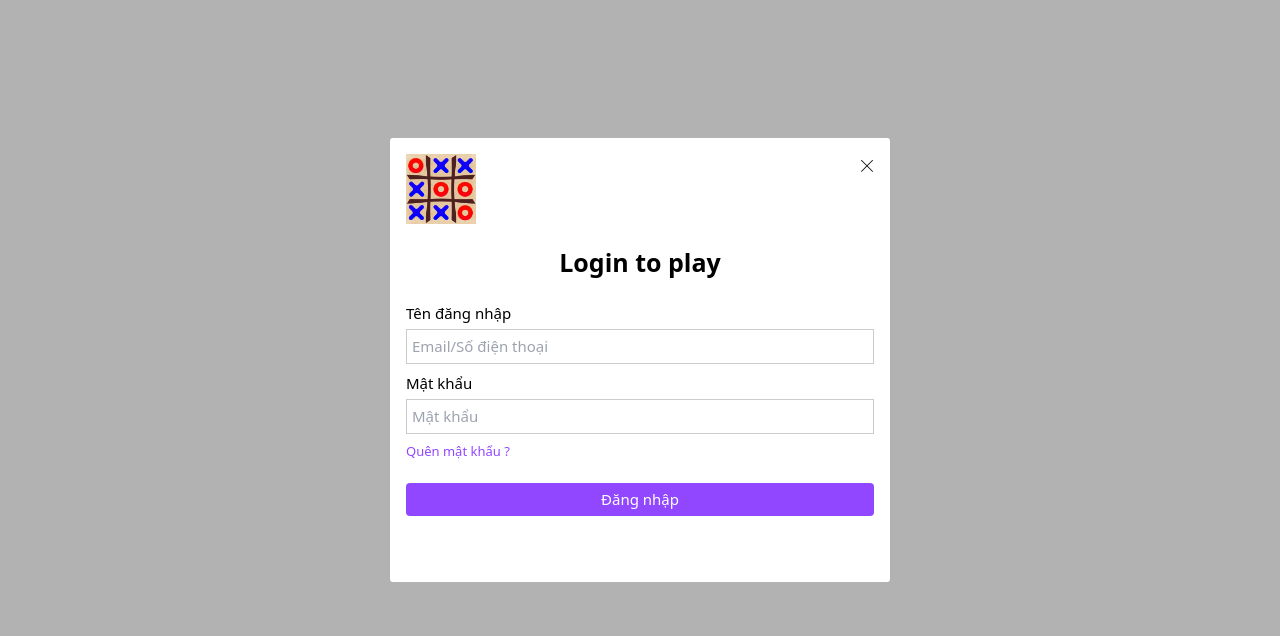
Repository: Teddy1705/demo_pj
Page: /
An editor plug-in stored every save of this project. The page is shown before and after the next save, followed by the edit.
The browser window is 1280 px wide. The pictures show the whole page.
The project was rebuilt for these pictures with package versions that can differ from the ones it lists, and the page was loaded fresh each time. Also part of the build but not shown: vite.config.js.

Above is the page before, as saved 2024-04-16 11:13:19.

After the next save:
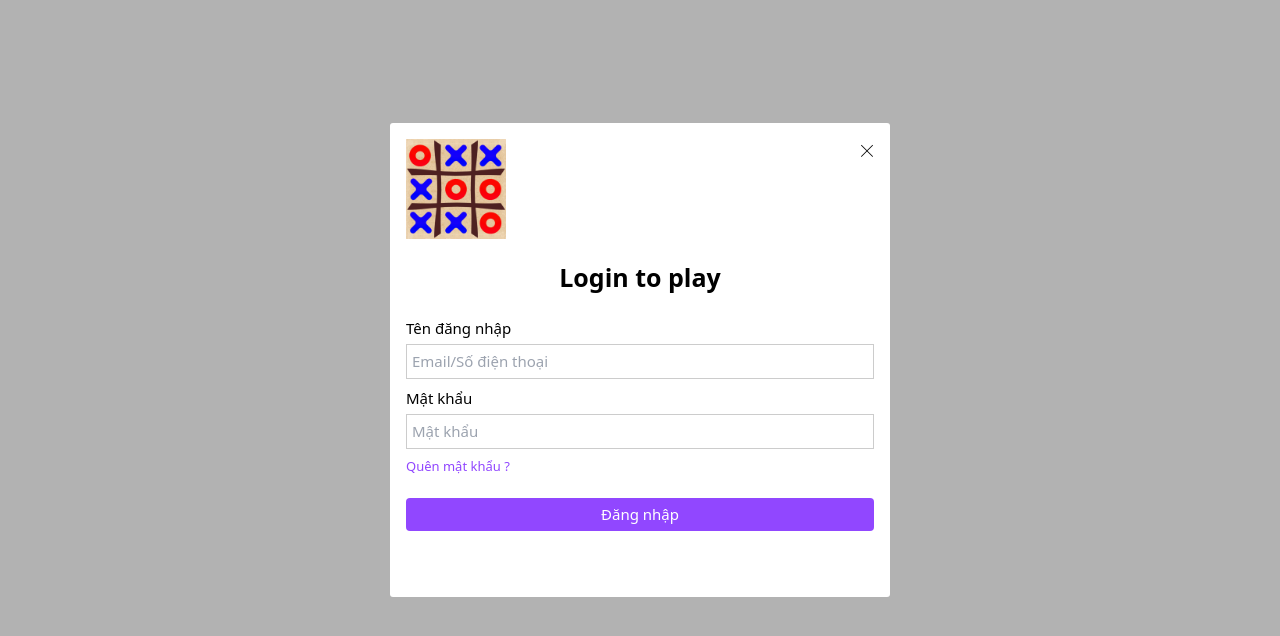
Saved 23 s later.
--- a/src/index.css
+++ b/src/index.css
@@ -592,7 +592,7 @@
   display: flex;
   align-items: center;
   justify-content: center;
-  width: 70px;
+  width: 100px;
 }
 
 .auth-form__heading {

After the save that followed:
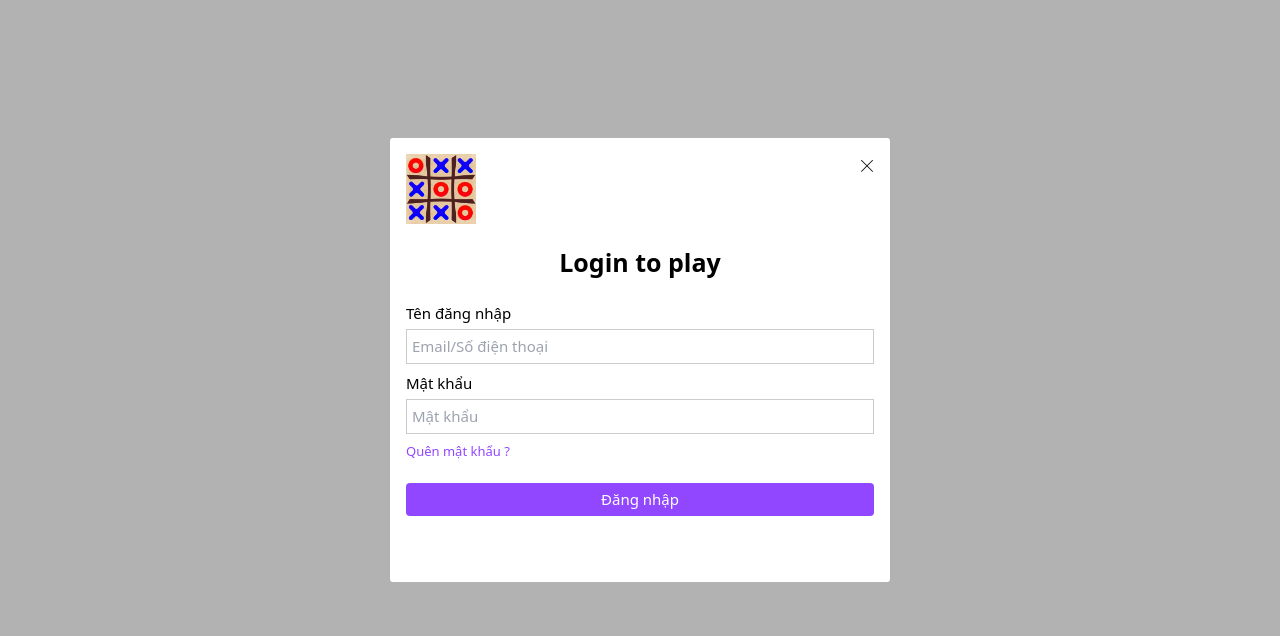
Saved 4 s later.
--- a/src/index.css
+++ b/src/index.css
@@ -592,7 +592,7 @@
   display: flex;
   align-items: center;
   justify-content: center;
-  width: 100px;
+  width: 70px;
 }
 
 .auth-form__heading {
